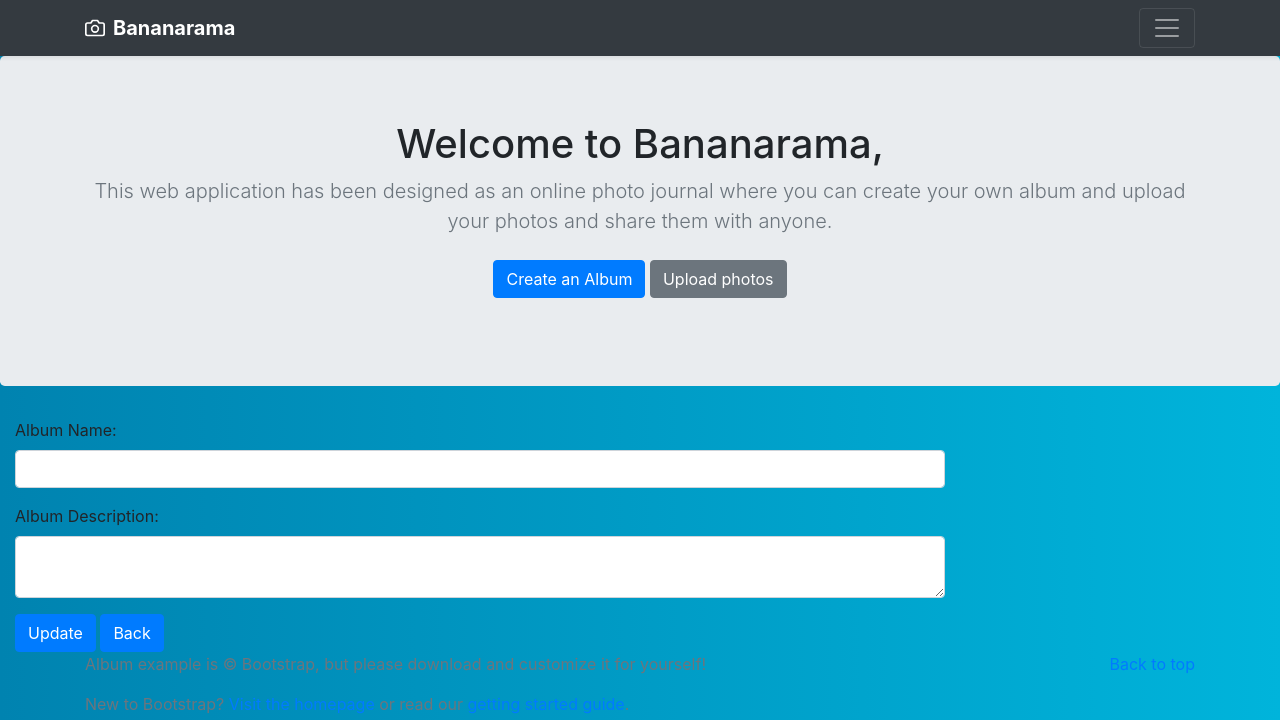
Repository: SamLookingGlass/DataCentric-Development
Page: templates/layout1edit.html
The author's editor kept a record of every edit. The page is drawn from the files as they stood at one moment, then again after the next edit.
The browser window is 1280 px wide. The pictures show the whole page.
The template is drawn by Flask 3. The application's start-up code is not run. Other server files are loaded and not shown. The template is opened directly, without the code that normally fills it, so the values that code supplies are empty.

Above is the page before.

### templates/layout1edit.html
{% extends "layout.html" %}

{%block content %}

  <div class="container-fluid">
    <div class="row content">
      <div class="col-sm-9">
        <form class="form"  method='POST'>
          <div class='form-group'>
            <label class='Album_Name '>Album Name:</label>
            <input type='text' class='form-control' name='Album_Name' value="{{ data['album_name'] }}" />
          </div>

          <div class='form-group'>
            <label class='Album_Description '>Album Description:</label>
            <textarea class='form-control' name='Album_Description'>{{data['album_description']}}</textarea>
          </div>

          <input type='submit' value='Update' class='btn btn-primary' />
          <a href="{{ url_for('display_selected_album', albumid=data['_id']) }}" class='btn btn-primary '>Back</a>
        </form>
      </div>
    </div>
  </div>


{%endblock %}

### templates/layout.html

<!doctype html>
<html lang="en">
  <head>
    <meta charset="utf-8">
    <meta name="viewport" content="width=device-width, initial-scale=1, shrink-to-fit=no">

    <title>Bananarama - Photo Journal</title>

    <!-- Bootstrap CSS -->
  <link rel="stylesheet" href="https://stackpath.bootstrapcdn.com/bootstrap/4.3.1/css/bootstrap.min.css" integrity="sha384-ggOyR0iXCbMQv3Xipma34MD+dH/1fQ784/j6cY/iJTQUOhcWr7x9JvoRxT2MZw1T" crossorigin="anonymous">

  <!-- Own CSS Stylesheet -->
  <link rel="stylesheet" href="static/style.css" type="text/css" />

  <!--JQuery JS-->
  <script src="https://code.jquery.com/jquery-3.4.1.slim.js" integrity="sha256-BTlTdQO9/fascB1drekrDVkaKd9PkwBymMlHOiG+qLI=" crossorigin="anonymous"></script>

  <!-- Own JavaScript -->
  <script type="text/javascript" src="{{ url_for('static', filename='script.js') }}"></script>

  </head>

  <body>

    <header>
      <div class="collapse bg-dark" id="navbarHeader">
        <div class="container">
          <div class="row">
            <div class="col-sm-8 col-md-7 py-4">
              <h4 class="text-white">Photo Journal</h4>
              <p class="text-muted">Welcome to Bananarama! This web application has been designed as an online photo journal where you can create your own album and upload your photos and share them with anyone. </p>
            </div>
            <div class="col-sm-4 offset-md-1 py-4">
              <h4 class="text-white">Contact</h4>
              <ul class="list-unstyled">
                <li><a href="#" class="text-white">Follow on Twitter</a></li>
                <li><a href="#" class="text-white">Like on Facebook</a></li>
                <li><a href="#" class="text-white">Email me</a></li>
              </ul>
            </div>
          </div>
        </div>
      </div>
      <div class="navbar navbar-dark bg-dark shadow-sm">
        <div class="container d-flex justify-content-between">
          <a href="#" class="navbar-brand d-flex align-items-center">
            <svg xmlns="http://www.w3.org/2000/svg" width="20" height="20" viewBox="0 0 24 24" fill="none" stroke="currentColor" stroke-width="2" stroke-linecap="round" stroke-linejoin="round" class="mr-2"><path d="M23 19a2 2 0 0 1-2 2H3a2 2 0 0 1-2-2V8a2 2 0 0 1 2-2h4l2-3h6l2 3h4a2 2 0 0 1 2 2z"></path><circle cx="12" cy="13" r="4"></circle></svg>
            <strong>Bananarama</strong>
          </a>
          <button class="navbar-toggler" type="button" data-toggle="collapse" data-target="#navbarHeader" aria-controls="navbarHeader" aria-expanded="false" aria-label="Toggle navigation">
            <span class="navbar-toggler-icon"></span>
          </button>
        </div>
      </div>
    </header>

    <main role="main">

      <section class="jumbotron text-center">
        <div class="container">
          <h1 class="jumbotron-heading">Welcome to Bananarama,</h1>
          <p class="lead text-muted">This web application has been designed as an online photo journal where you can create your own album and upload your photos and share them with anyone.</p>
          <p>
            <a href="#" class="btn btn-primary my-2">Create an Album</a>
            <a href="#" class="btn btn-secondary my-2">Upload photos</a>
          </p>
        </div>
      </section>


{%block content %}{%endblock %}

    </main>

    <footer class="text-muted">
      <div class="container">
        <p class="float-right">
          <a href="#">Back to top</a>
        </p>
        <p>Album example is &copy; Bootstrap, but please download and customize it for yourself!</p>
        <p>New to Bootstrap? <a href="../../">Visit the homepage</a> or read our <a href="../../getting-started/">getting started guide</a>.</p>
      </div>
    </footer>

    <!-- Bootstrap core JavaScript
    ================================================== -->
    <!-- Placed at the end of the document so the pages load faster -->

  <!-- jQuery first, then Popper.js, then Bootstrap JS -->
  <script src="https://code.jquery.com/jquery-3.3.1.slim.min.js" integrity="sha384-q8i/X+965DzO0rT7abK41JStQIAqVgRVzpbzo5smXKp4YfRvH+8abtTE1Pi6jizo" crossorigin="anonymous"></script>
  <script src="https://cdnjs.cloudflare.com/ajax/libs/popper.js/1.14.7/umd/popper.min.js" integrity="sha384-UO2eT0CpHqdSJQ6hJty5KVphtPhzWj9WO1clHTMGa3JDZwrnQq4sF86dIHNDz0W1" crossorigin="anonymous"></script>
  <script src="https://stackpath.bootstrapcdn.com/bootstrap/4.3.1/js/bootstrap.min.js" integrity="sha384-JjSmVgyd0p3pXB1rRibZUAYoIIy6OrQ6VrjIEaFf/nJGzIxFDsf4x0xIM+B07jRM" crossorigin="anonymous"></script>
  </body>
</html>

### static/style.css
img#thumbnail {
    height: 40px;
    width: 60px;
}

/*
*
* ==========================================
* CUSTOM UTIL CLASSES
* ==========================================
*
*/

.file-upload input[type='file'] {
  display: none;
}

/*
*
* ==========================================
* FOR DEMO PURPOSES
* ==========================================
*
*/

body {
  background: #00B4DB;
  background: -webkit-linear-gradient(to right, #0083B0, #00B4DB);
  background: linear-gradient(to right, #0083B0, #00B4DB);
  height: 100vh;
}

.rounded-lg {
  border-radius: 1rem;
}

.custom-file-label.rounded-pill {
  border-radius: 50rem;
}

.custom-file-label.rounded-pill::after {
  border-radius: 0 50rem 50rem 0;
}

After the next edit:
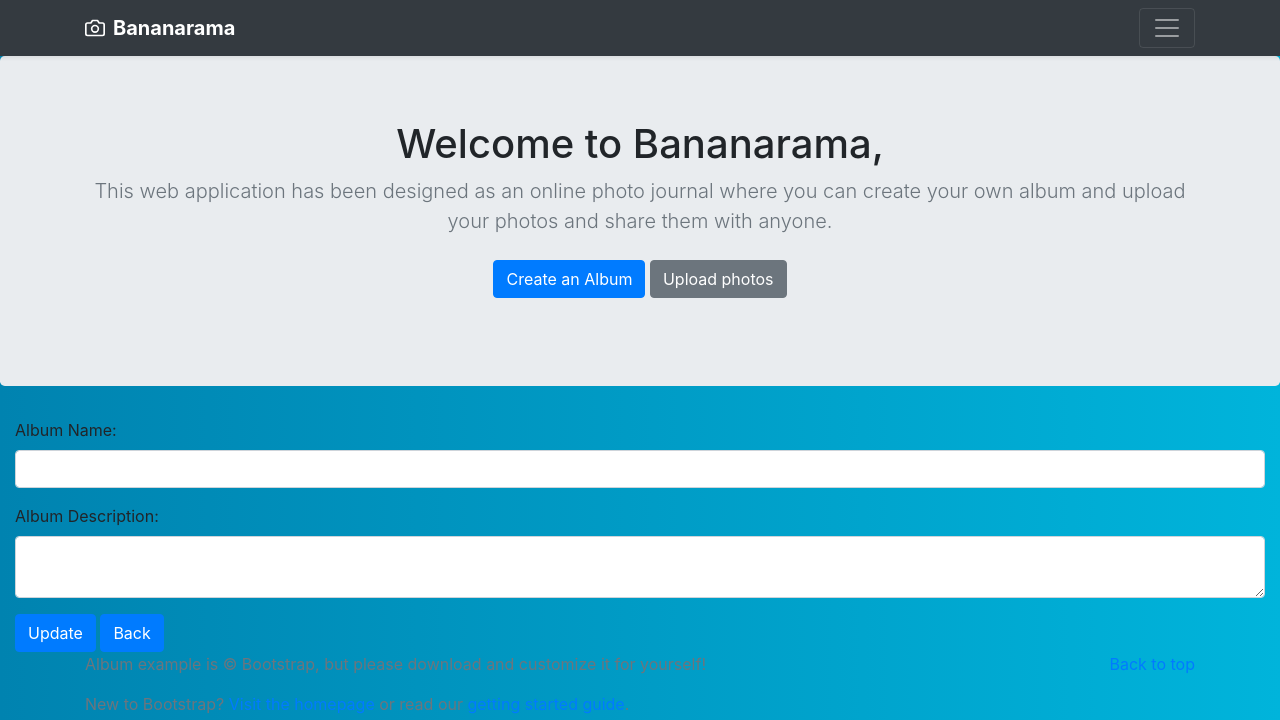
The edit:
--- a/templates/layout1edit.html
+++ b/templates/layout1edit.html
@@ -4,7 +4,7 @@
 
   <div class="container-fluid">
     <div class="row content">
-      <div class="col-sm-9">
+      <div class="col-sm-12">
         <form class="form"  method='POST'>
           <div class='form-group'>
             <label class='Album_Name '>Album Name:</label>
